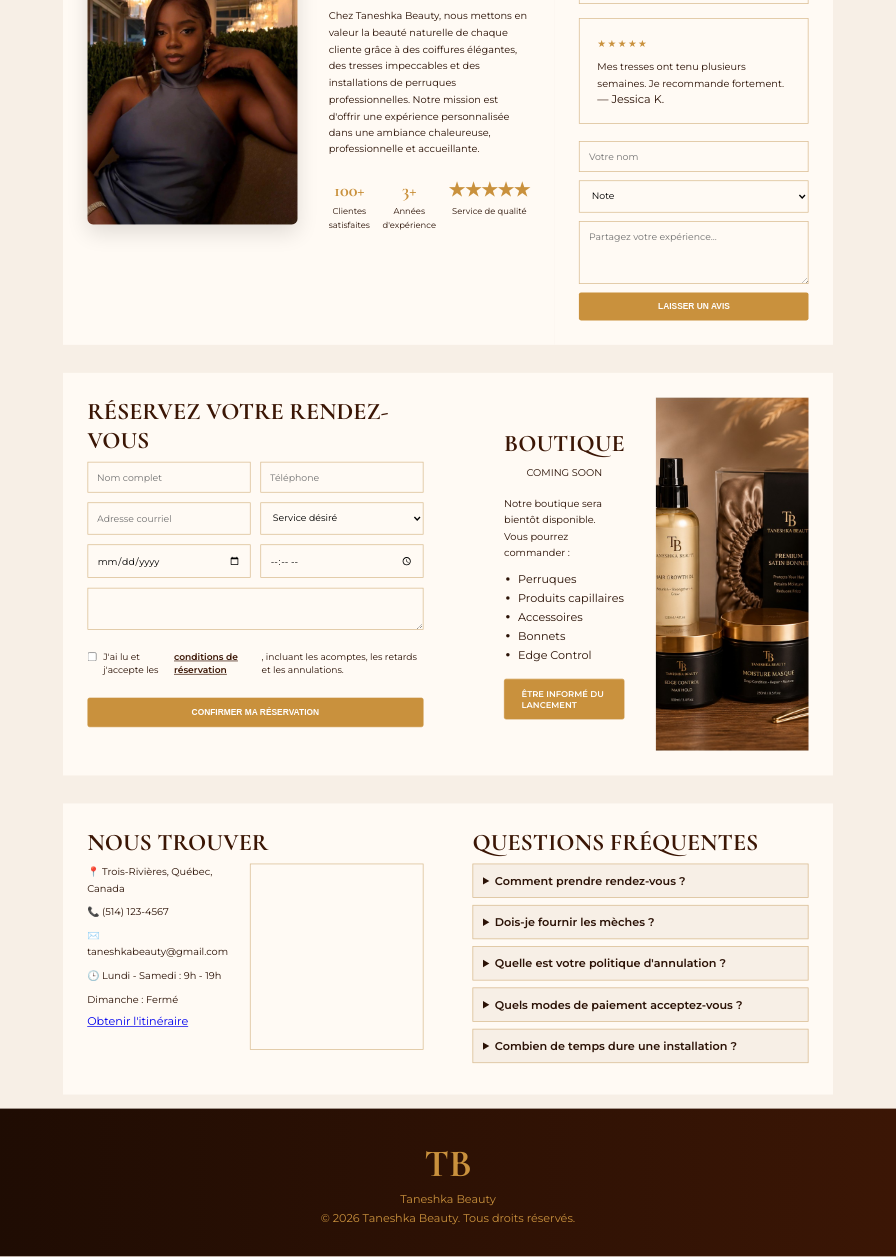
Repository: kngnepi/Taneshka-Beauty-House
Page: index.html
An editor plug-in stored every save of this project. The page is shown before and after the next save, followed by the edit.
The browser window is 1280 px wide. The pictures show the part of the page from y = 2284 to 4204 px (the page is 4079 px tall before and 4185 px after), at 70% of full size.
Pictures or frames that could not be fetched are drawn as grey boxes.

Above is the page before, as saved 2026-07-05 20:00:58.

### index.html
<!DOCTYPE html>
<html lang="fr">
<head>
  <meta charset="UTF-8" />
  <meta name="viewport" content="width=device-width, initial-scale=1.0" />
  <title>Taneshka Beauty</title>
  <link rel="stylesheet" href="style.css" />
</head>
<body>

  <!-- NAVBAR -->
  <header class="navbar">
    <div class="logo">
      <span>TB</span>
      <p>TANESHKA BEAUTY</p>
    </div>

    <nav>
      <a href="#home">Accueil</a>
      <a href="#services">Services</a>
      <a href="#portfolio">Portfolio</a>
      <a href="#about">À propos</a>
      <a href="#booking">Réservation</a>
      <a href="#products">Boutique</a>
      <a href="#contact">Contact</a>
    </nav>

    <a href="#booking" class="btn-gold">Réserver</a>
  </header>

  <!-- HERO -->
  <section id="home" class="hero">
    <div class="hero-content">
      <h1>TANESHKA<br>BEAUTY</h1>
      <p class="tagline">Élégance • Confiance • Beauté</p>
      <p class="hero-text">
        Spécialiste en perruques, tresses et coiffures protectrices.
      </p>

      <div class="hero-buttons">
        <a href="#booking" class="btn-gold">Réserver un rendez-vous</a>
        <a href="#portfolio" class="btn-outline">Voir nos réalisations</a>
      </div>
    </div>
  </section>

  <!-- SERVICES -->
  <section id="services" class="section">
    <h2>Nos Services</h2>
    <p class="section-subtitle">Des prestations adaptées à votre style et à vos besoins.</p>

    <div class="services-grid">
      <div class="service-card">
        <div class="service-img"></div>
        <div>
          <h3>Perruques</h3>
          <ul>
            <li>Installation</li>
            <li>Retrait</li>
            <li>Revamp</li>
            <li>Customisation</li>
          </ul>
          <p>À partir de 60$</p>
          <a href="#booking" class="btn-dark">Réserver</a>
        </div>
      </div>

      <div class="service-card">
        <div class="service-img"></div>
        <div>
          <h3>Tresses</h3>
          <ul>
            <li>Knotless Braids</li>
            <li>Boho Braids</li>
            <li>Tribal Braids</li>
            <li>Cornrows</li>
          </ul>
          <p>À partir de 80$</p>
          <a href="#booking" class="btn-dark">Réserver</a>
        </div>
      </div>

      <div class="service-card">
        <div class="service-img"></div>
        <div>
          <h3>Coiffures</h3>
          <ul>
            <li>Ponytail</li>
            <li>Wig Styling</li>
            <li>Butterfly Locs</li>
            <li>Twists</li>
          </ul>
          <p>À partir de 50$</p>
          <a href="#booking" class="btn-dark">Réserver</a>
        </div>
      </div>
    </div>
  </section>

  <!-- PORTFOLIO -->
 <section id="portfolio" class="section">
  <h2>Nos Réalisations</h2>

  <div class="portfolio-filters">
    <button class="active" data-filter="all">Tout</button>
    <button data-filter="perruques">Perruques</button>
    <button data-filter="tresses">Tresses</button>
    <button data-filter="ponytails">Ponytails</button>
    <button data-filter="locs">Locs</button>
  </div>

  <div class="portfolio-grid">
    <div class="portfolio-item" data-category="ponytails"></div>
    <div class="portfolio-item" data-category="ponytails"></div>
    <div class="portfolio-item" data-category="perruques"></div>
    <div class="portfolio-item" data-category="perruques"></div>
    <div class="portfolio-item" data-category="perruques"></div>
    <div class="portfolio-item" data-category="perruques"></div>
  </div>
</section>

  <!-- ABOUT + REVIEWS -->
  <!-- ABOUT + REVIEWS -->
<section class="split-section">
  <div id="about" class="about-box">
    <div class="about-img"></div>

    <div class="about-content">
      <h2>À propos de Taneshka Beauty</h2>
      <p>
        Chez Taneshka Beauty, nous mettons en valeur la beauté naturelle de chaque cliente
        grâce à des coiffures élégantes, des tresses impeccables et des installations de
        perruques professionnelles. Notre mission est d'offrir une expérience personnalisée
        dans une ambiance chaleureuse, professionnelle et accueillante.
      </p>

      <div class="about-stats">
        <div>
          <h3>100+</h3>
          <p>Clientes satisfaites</p>
        </div>

        <div>
          <h3>3+</h3>
          <p>Années d'expérience</p>
        </div>

        <div>
          <h3>★★★★★</h3>
          <p>Service de qualité</p>
        </div>
      </div>
    </div>
  </div>

  <div class="reviews-box">
  <h2>Ce que disent nos clientes</h2>

  <div class="reviews-grid" id="reviewsList">
    <div class="review-card">
      <p class="stars">★★★★★</p>
      <p>Très professionnelle et minutieuse. Je suis toujours satisfaite du résultat.</p>
      <span>— Sarah M.</span>
    </div>

    <div class="review-card">
      <p class="stars">★★★★★</p>
      <p>Mes tresses ont tenu plusieurs semaines. Je recommande fortement.</p>
      <span>— Jessica K.</span>
    </div>
  </div>

  <form class="review-form" id="reviewForm">
    <input type="text" id="reviewName" placeholder="Votre nom" required />

    <select id="reviewRating" required>
      <option value="">Note</option>
      <option value="5">★★★★★</option>
      <option value="4">★★★★</option>
      <option value="3">★★★</option>
      <option value="2">★★</option>
      <option value="1">★</option>
    </select>

    <textarea id="reviewText" placeholder="Partagez votre expérience..." required></textarea>

    <button type="submit" class="btn-gold">Laisser un avis</button>
  </form>
</div>
</section>

<!-- BOOKING + PRODUCTS -->
<section class="split-section">
  <div id="booking" class="booking-section">
    <h2>Réservez votre rendez-vous</h2>


<form
    class="booking-form"
    action="https://formspree.io/f/mjgqljjd"
    method="POST">

    <input
        type="text"
        name="nom"
        placeholder="Nom complet"
        required>

    <input
        type="tel"
        name="telephone"
        placeholder="Téléphone"
        required>

    <input
        type="email"
        name="email"
        placeholder="Adresse courriel"
        required>

    <select name="service" required>
        <option value="">Service désiré</option>
        <option>Perruques</option>
        <option>Tresses</option>
        <option>Coiffures</option>
    </select>

    <input type="date" name="date" required>

    <input type="time" name="heure" required>

    <textarea
        name="message"
        placeholder="Message optionnel">
    </textarea>

     <label class="terms">
  <input type="checkbox" required>

  J'ai lu et j'accepte les
  <a href="#" id="openPolicy">conditions de réservation</a>,
  incluant les acomptes, les retards et les annulations.
</label>

    <button type="submit" class="btn-gold">
        Confirmer ma réservation
    </button>

</form>

  </div>

  <div id="products" class="products-section">
    <div class="products-content">
      <div class="products-text">
        <h2>Boutique</h2>
        <p class="coming-soon">Coming Soon</p>
        <p>Notre boutique sera bientôt disponible.</p>
        <p>Vous pourrez commander :</p>

        <ul>
          <li>Perruques</li>
          <li>Produits capillaires</li>
          <li>Accessoires</li>
          <li>Bonnets</li>
          <li>Edge Control</li>
        </ul>

        <a href="#contact" class="btn-gold">Être informé du lancement</a>
      </div>

      <div class="products-img"></div>
    </div>
  </div>
</section>

<!-- LOCATION + FAQ -->
<section id="contact" class="split-section">
  <div class="location-box">
  <h2>Nous trouver</h2>

  <div class="location-content">
    <div class="location-info">
      <p>📍 Trois-Rivières, Québec, Canada</p>
      <p>📞 (514) 123-4567</p>
      <p>✉️ taneshkabeauty@gmail.com</p>
      <p>🕒 Lundi - Samedi : 9h - 19h</p>
      <p>Dimanche : Fermé</p>

      <a
        href="https://www.google.com/maps/search/?api=1&query=Trois-Rivi%C3%A8res%2C%20Qu%C3%A9bec%2C%20Canada"
        target="_blank"
        class="btn-outline-dark"
      >
        Obtenir l'itinéraire
      </a>
    </div>

    <div class="map-box">
      <iframe
        src="https://www.google.com/maps?q=Trois-Rivi%C3%A8res%2C%20Qu%C3%A9bec%2C%20Canada&output=embed"
        loading="lazy"
        referrerpolicy="no-referrer-when-downgrade">
      </iframe>
    </div>
  </div>
</div>

  <div class="faq-box">
    <h2>Questions fréquentes</h2>

    <details>
      <summary>Comment prendre rendez-vous ?</summary>
      <p>Vous pouvez réserver via le formulaire ou nous contacter sur Instagram.</p>
    </details>

    <details>
      <summary>Dois-je fournir les mèches ?</summary>
      <p>Cela dépend du service choisi. Les détails seront confirmés lors de la réservation.</p>
    </details>

    <details>
      <summary>Quelle est votre politique d'annulation ?</summary>
      <p>Les annulations doivent être faites au moins 48h avant le rendez-vous.</p>
    </details>

    <details>
      <summary>Quels modes de paiement acceptez-vous ?</summary>
      <p>Espèces et virement Interac.</p>
    </details>

    <details>
      <summary>Combien de temps dure une installation ?</summary>
      <p>La durée varie selon le service sélectionné.</p>
    </details>
  </div>
</section>
  <!-- FOOTER -->
  <footer>
    <h2>TB</h2>
    <p>Taneshka Beauty</p>
    <p>© 2026 Taneshka Beauty. Tous droits réservés.</p>
  </footer>

<script>
  const filterButtons = document.querySelectorAll(".portfolio-filters button");
  const portfolioItems = document.querySelectorAll(".portfolio-item");

  filterButtons.forEach(button => {
    button.addEventListener("click", () => {
      const filter = button.dataset.filter;

      filterButtons.forEach(btn => btn.classList.remove("active"));
      button.classList.add("active");

      portfolioItems.forEach(item => {
        if (filter === "all" || item.dataset.category === filter) {
          item.classList.remove("hide");
        } else {
          item.classList.add("hide");
        }
      });
    });
  });
</script>
<script>
  const reviewForm = document.getElementById("reviewForm");
  const reviewsList = document.getElementById("reviewsList");

  let reviews = JSON.parse(localStorage.getItem("taneshkaReviews")) || [];

  function displayReviews() {
    reviews.forEach(review => {
      const reviewCard = document.createElement("div");
      reviewCard.classList.add("review-card");

      reviewCard.innerHTML = `
        <p class="stars">${"★".repeat(review.rating)}</p>
        <p>${review.text}</p>
        <span>— ${review.name}</span>
      `;

      reviewsList.appendChild(reviewCard);
    });
  }

  reviewForm.addEventListener("submit", function (e) {
    e.preventDefault();

    const name = document.getElementById("reviewName").value;
    const rating = document.getElementById("reviewRating").value;
    const text = document.getElementById("reviewText").value;

    const newReview = {
      name: name,
      rating: rating,
      text: text
    };

    reviews.push(newReview);
    localStorage.setItem("taneshkaReviews", JSON.stringify(reviews));

    reviewsList.innerHTML = "";
    displayReviews();

    reviewForm.reset();
  });

  displayReviews();
</script>
<div class="modal" id="policyModal">
  <div class="modal-content">
    <button class="modal-close" id="closePolicy">&times;</button>

    <h2>Conditions de réservation</h2>

    <p><strong>Acompte :</strong> Un acompte peut être demandé pour confirmer le rendez-vous.</p>
    <p><strong>Annulation :</strong> Toute annulation doit être faite au moins 48h à l’avance.</p>
    <p><strong>Retard :</strong> Un retard de 15 à 30 minutes peut entraîner des frais supplémentaires.</p>
    <p><strong>30 minutes et plus :</strong> Le rendez-vous peut être annulé sans remboursement de l’acompte.</p>
  </div>
</div>
<script>
  const openPolicy = document.getElementById("openPolicy");
  const closePolicy = document.getElementById("closePolicy");
  const policyModal = document.getElementById("policyModal");

  openPolicy.addEventListener("click", function(e) {
    e.preventDefault();
    policyModal.classList.add("show");
  });

  closePolicy.addEventListener("click", function() {
    policyModal.classList.remove("show");
  });

  policyModal.addEventListener("click", function(e) {
    if (e.target === policyModal) {
      policyModal.classList.remove("show");
    }
  });
</script>
</body>
</html>

Loaded but not shown: style.css (680 lines, source omitted)

After the next save:
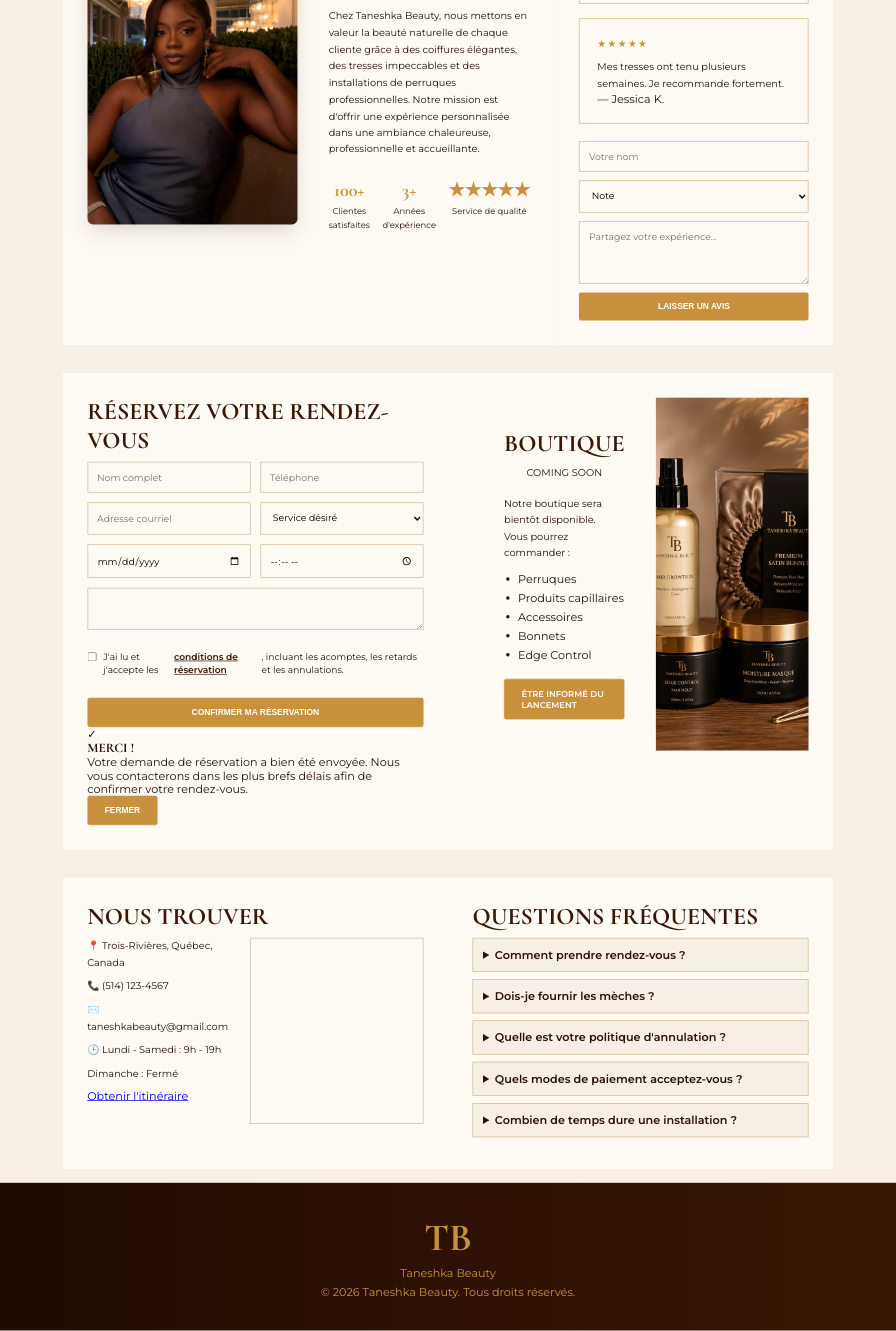
Console error: TypeError: Cannot read properties of null (reading 'addEventListener')
Saved 2 min 47 s later.
--- a/index.html
+++ b/index.html
@@ -247,6 +247,20 @@
     </button>
 
 </form>
+ <div id="successMessage" class="success-message">
+    <div class="success-icon">✓</div>
+
+    <h3>Merci !</h3>
+
+    <p>
+        Votre demande de réservation a bien été envoyée.
+        Nous vous contacterons dans les plus brefs délais afin de confirmer votre rendez-vous.
+    </p>
+
+    <button id="closeSuccess" class="btn-gold">
+        Fermer
+    </button>
+</div>
 
   </div>
 
@@ -440,5 +454,48 @@
     }
   });
 </script>
+<script>
+const bookingForm = document.getElementById("bookingForm");
+const successMessage = document.getElementById("successMessage");
+const closeSuccess = document.getElementById("closeSuccess");
+
+bookingForm.addEventListener("submit", async function(e){
+
+    e.preventDefault();
+
+    const formData = new FormData(bookingForm);
+
+    const response = await fetch(bookingForm.action,{
+        method:"POST",
+        body:formData,
+        headers:{
+            Accept:"application/json"
+        }
+    });
+
+    if(response.ok){
+
+        bookingForm.reset();
+
+        successMessage.classList.add("show");
+
+        successMessage.scrollIntoView({
+            behavior:"smooth"
+        });
+
+    }else{
+
+        alert("Une erreur est survenue. Veuillez réessayer.");
+
+    }
+
+});
+
+closeSuccess.addEventListener("click",function(){
+
+    successMessage.classList.remove("show");
+
+});
+</script>
 </body>
 </html>

After the save that followed:
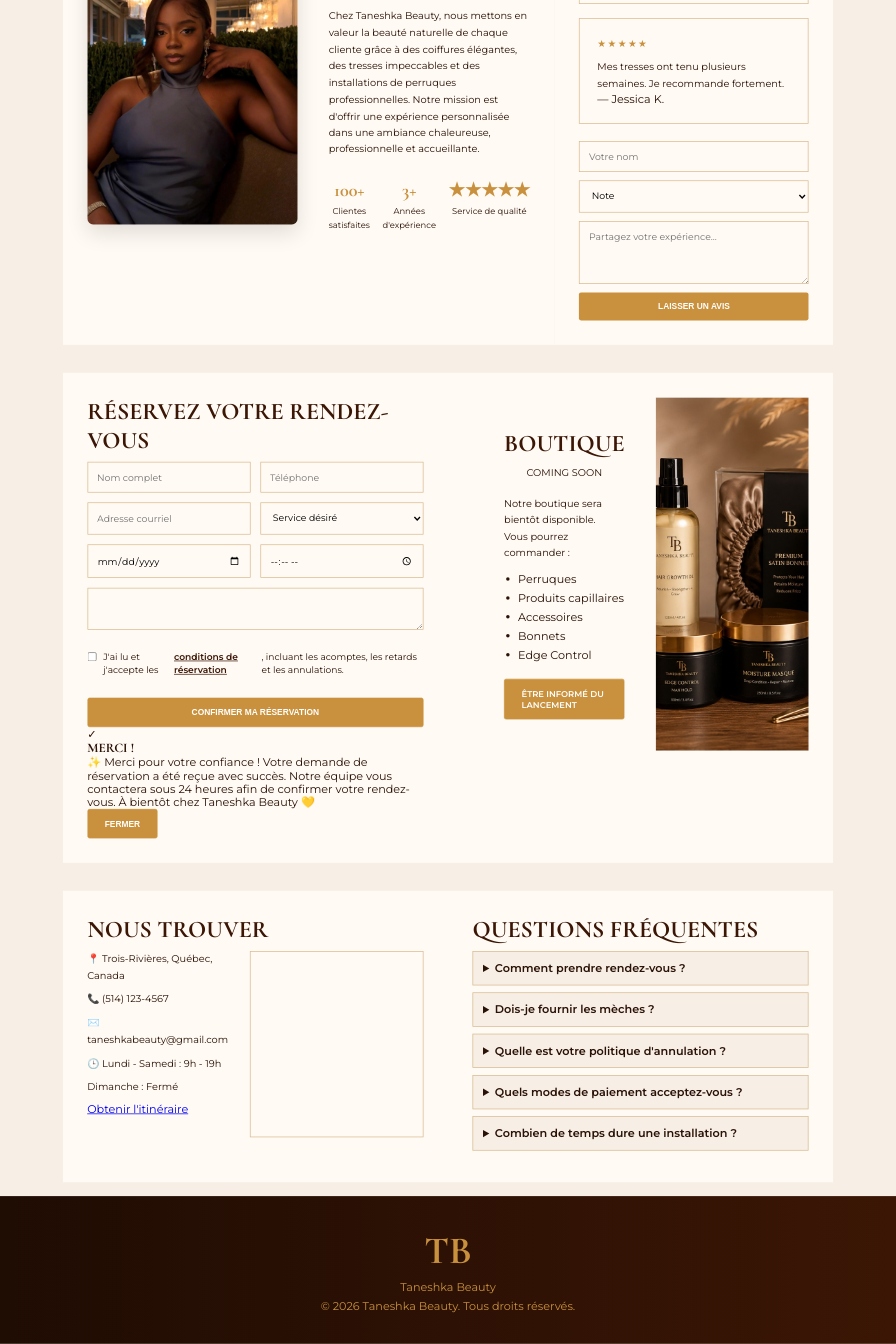
The error is gone.
Saved 5 min 36 s later.
--- a/index.html
+++ b/index.html
@@ -196,6 +196,7 @@
 
 
 <form
+    id="bookingForm"
     class="booking-form"
     action="https://formspree.io/f/mjgqljjd"
     method="POST">
@@ -253,8 +254,11 @@
     <h3>Merci !</h3>
 
     <p>
-        Votre demande de réservation a bien été envoyée.
-        Nous vous contacterons dans les plus brefs délais afin de confirmer votre rendez-vous.
+        ✨ Merci pour votre confiance !
+
+Votre demande de réservation a été reçue avec succès. Notre équipe vous contactera sous 24 heures afin de confirmer votre rendez-vous.
+
+À bientôt chez Taneshka Beauty 💛
     </p>
 
     <button id="closeSuccess" class="btn-gold">
